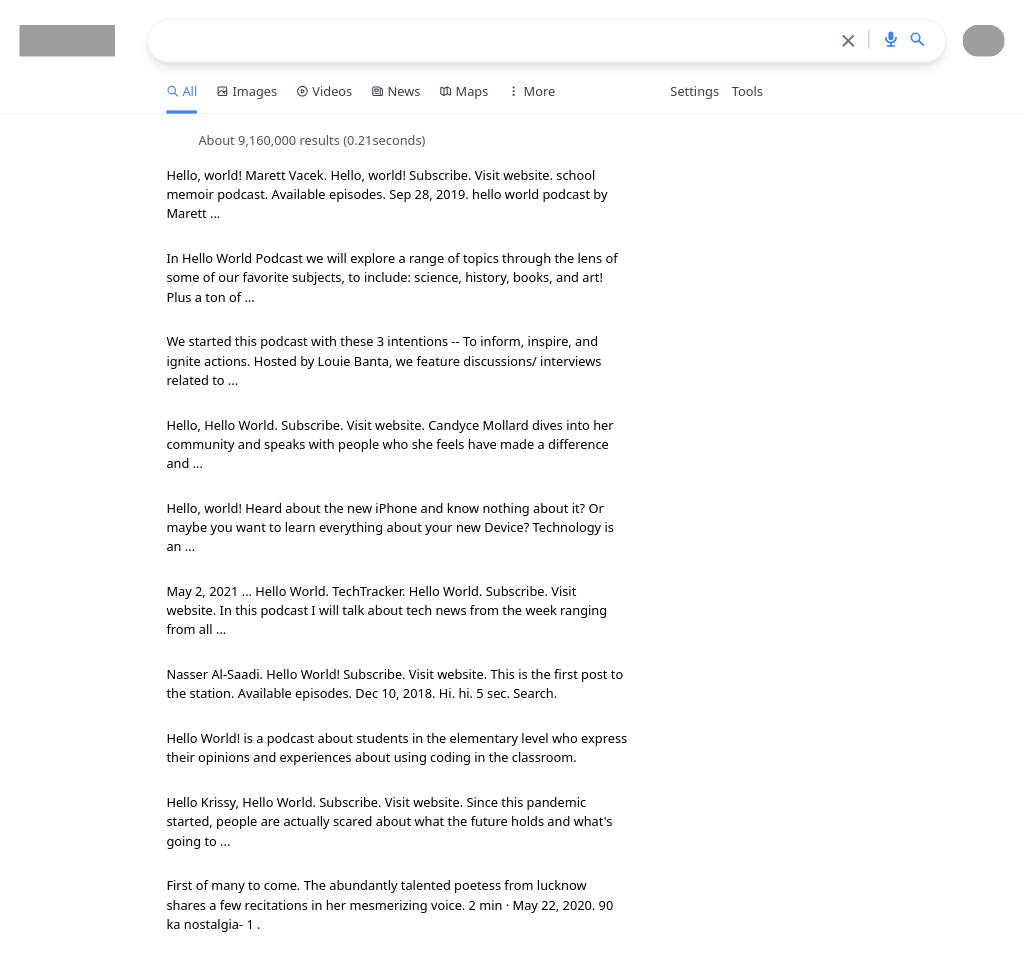
Repository: DecentraMindsCoin/google-search-clone
Page: /search
These files come from the project's save history. The page is drawn as it stood at one moment and after a run of saves; the edit follows.
The browser window is 1280 px wide. The pictures show the whole page, at 80% of full size.
Pictures or frames that could not be fetched are drawn as grey boxes. The project was rebuilt for these pictures with package versions that can differ from the ones it lists, and the page was loaded fresh each time. The framework's server and built-in components were replaced by stand-ins that run in the browser. Also part of the build but not shown: next.config.js, Response.js.

Above is the page before, as saved 2021-05-17 17:48:17.

### pages/search.js

import Head from 'next/head';
import Header from '../components/Header';
import { API_KEY, CONTEXT_KEY }  from '../keys';
import Response from "../Response";
import { useRouter } from "next/router";
import SearchResults from '../components/SearchResults';


function Search({ results }) {
    const router = useRouter();

        console.log(results);

    return (
        <div>
            <Head>
                <title>
                    {router.query.term} - Google Search
                </title>
                <link rel="icon" href=""/>
            </Head>
{/* Header */}

<Header />

{/* Search Results */}
<SearchResults results={results} />


        </div>
    )
}

export default Search;

export async function getServerSideProps(context) {

    const useDummyData = true;
    const startIndex = context.query.start || '0';

    const data = useDummyData ? Response : await fetch(`https://www.googleapis.com/customsearch/v1?key=${API_KEY}&cx=${CONTEXT_KEY}&q=${context.query.term}&start=${startIndex}`).then(response => response.json());

    // After the SERVER has rendered Pass the results to the client
    return {
        props: {
            results: data,
        }
        }
    }

### styles/globals.css
/* ./styles/globals.css */
@tailwind base;
@tailwind components;
@tailwind utilities;

@layer components {
  .btn {
    @apply bg-[#f8f9fa] p-3 rounded-md ring-gray-200 text-sm text-gray-800 hover:ring-1 focus:outline-none active:ring-gray-300 hover:shadow-md;
  }
.link {
  @apply hover:underline cursor-pointer;

  }
}

/* import from tailwind.css and delete preset css */
/* add with @apply to hover link as a modifier and cursor pointer */
/* add button btn custom gray and hover for btn className from feeling luck and Google search text */

### components/Header.js
import Image from 'next/image';
import { useRouter } from 'next/router';
import {useRef} from "react"
import { MicrophoneIcon, XIcon, SearchIcon } from '@heroicons/react/solid';
import Avatar from './Avatar';
import HeaderOptions from './HeaderOptions';


function Header() {
    const router = useRouter();
    const searchInputRef = useRef(null);

    const search = e => {
        e.preventDefault();
        const term = searchInputRef.current.value;


        if (!term) return;

        router.push(`./search?term=${term}`);
    }

    return (
        <header className="sticky top-0 bg-white">
            <div className="flex w-full p-6 items-center">
                <Image
            src='https://www.purepng.com/public/uploads/large/purepng.com-google-logo-2015brandlogobrand-logoiconssymbolslogosgoogle-6815229372333mqrr.png'
            height={40}
            width={120}
            onClick={() => router.push("/")}
            className="cursor-pointer" />
            <form className='px-6 py-3 ml-10 mr-5 flex-grow flex border border-gray-200 rounded-full shadow-lg '>
                <input ref={searchInputRef} type='text' className='flex-grow w-full focus:outline-none' type='text' />
                <XIcon className='h-7 sm:mr-3 text-gray-500 cursor-pointer transition duration-100 transform hover:scale-125'
                onClick={() =>(searchInputRef.current.value = "")}/>
                <MicrophoneIcon className='mr-3 h-6 hidden sm:inline-flex text-blue-500 border-l-2 pl-4 border-gray-300' />
                <SearchIcon className='h-6 text-blue-500 hidden sm:inline-flex'/>
                <button hidden type="submit" onClick={search}>Search</button>
            </form>
            <Avatar className='ml-auto 'url='https://coaching.papareact.com/ai9'/>
            </div>

            {/* Header Options Component */}
            <HeaderOptions />

        </header>
    )
}

export default Header

### keys.js
// Api kWZrnVM42QCiEA2Ig1bG8zjoIMOgxWwYCEeNdwY6Tv
export const API_KEY = 'AIzaSyA7YUDNBCQATijP9l34hGIXqMewhriENoQ'
// Context Key - https://cse.google.com/create/new
export const CONTEXT_KEY = '755fce7d6fc28a46b'

### components/SearchResults.js
function SearchResults({ results}) {
    return (
        <div className="mx-auto w-full px-3 sm:pl-[5%] md:pl[%14] lg:pl-52">
            <p className="text-gray-600 text-md ml-10 mb-5 mt-5">About {results.searchInformation?.formattedTotalResults} results ({results.searchInformation?.formattedSearchTime}seconds) </p>
       {results.items?.map((result) => (
           <div key={result.link} className="max-w-xl mb-8">
               <div><a href={result.link} className="text-sml">{result.formatted}</a>
               </div>
               <p>{result.snippet}</p>
           </div>

       ))}
        </div>
    )
}

export default SearchResults

### components/Avatar.js
function Avatar({url, className }) {
    return (<img loading="lazy"
    className={`h-10 rounded-full cursor-pointer transition duration-150 transform hover:scale-110 ${className}`}
    src={url} alt="Profile Pic" />
    );
}

export default Avatar

### components/HeaderOptions.js
import HeaderOption from "./HeaderOption";
import {

    DotsVerticalIcon, MapIcon, NewspaperIcon, PhotographIcon, PlayIcon, SearchIcon,
} from "@heroicons/react/outline"


function HeaderOptions() {
    return (
        <div className="flex w-full text-gray-700 justify-evenly text-sm lg:text-base lg:justify-start lg:space-x-36 lg:pl-52 border-b">
            {/* left */}
           <div className="flex space-x-6">
               <HeaderOption Icon={SearchIcon}  title="All" selected/>
               <HeaderOption Icon={PhotographIcon} title="Images" />
               <HeaderOption Icon={PlayIcon} title="Videos" />
               <HeaderOption Icon={NewspaperIcon} title="News" />
               <HeaderOption Icon={MapIcon} title="Maps" />
               <HeaderOption Icon={DotsVerticalIcon} title="More" />

           </div>
                {/* right */}
            <div className="flex space-x-4">
                <p className="link">Settings</p>
                <p className="link">Tools</p>
            </div>
        </div>
    )
}

export default HeaderOptions

### components/HeaderOption.js
function HeaderOption({ Icon, title, selected}) {
    return (
        <div className={`flex items-center space-x-1 border-b-4 border-transparent hover:text-blue-500 hover:border-blue-500 pb-3 cursor-pointer ${selected && "text-blue-500 border-blue-500"}`}>
            <Icon className="h-4" />
            <p className="hidden sm:inline-flex">{title}</p>
        </div>
    )
}

export default HeaderOption

### tailwind.config.js
module.exports = {
  mode:'jit',
  purge: ['./pages/**/*.{js,ts,jsx,tsx}', './components/**/*.{js,ts,jsx,tsx}'],
  darkMode: false, // or 'media' or 'class'
  theme: {
    extend: {},
  },
  variants: {
    extend: {},
  },
  plugins: [],
}


//insert purge and mode: jit from tailwind.css

Loaded but not shown: pages/_app.js (common file)

After the next 3 saves:
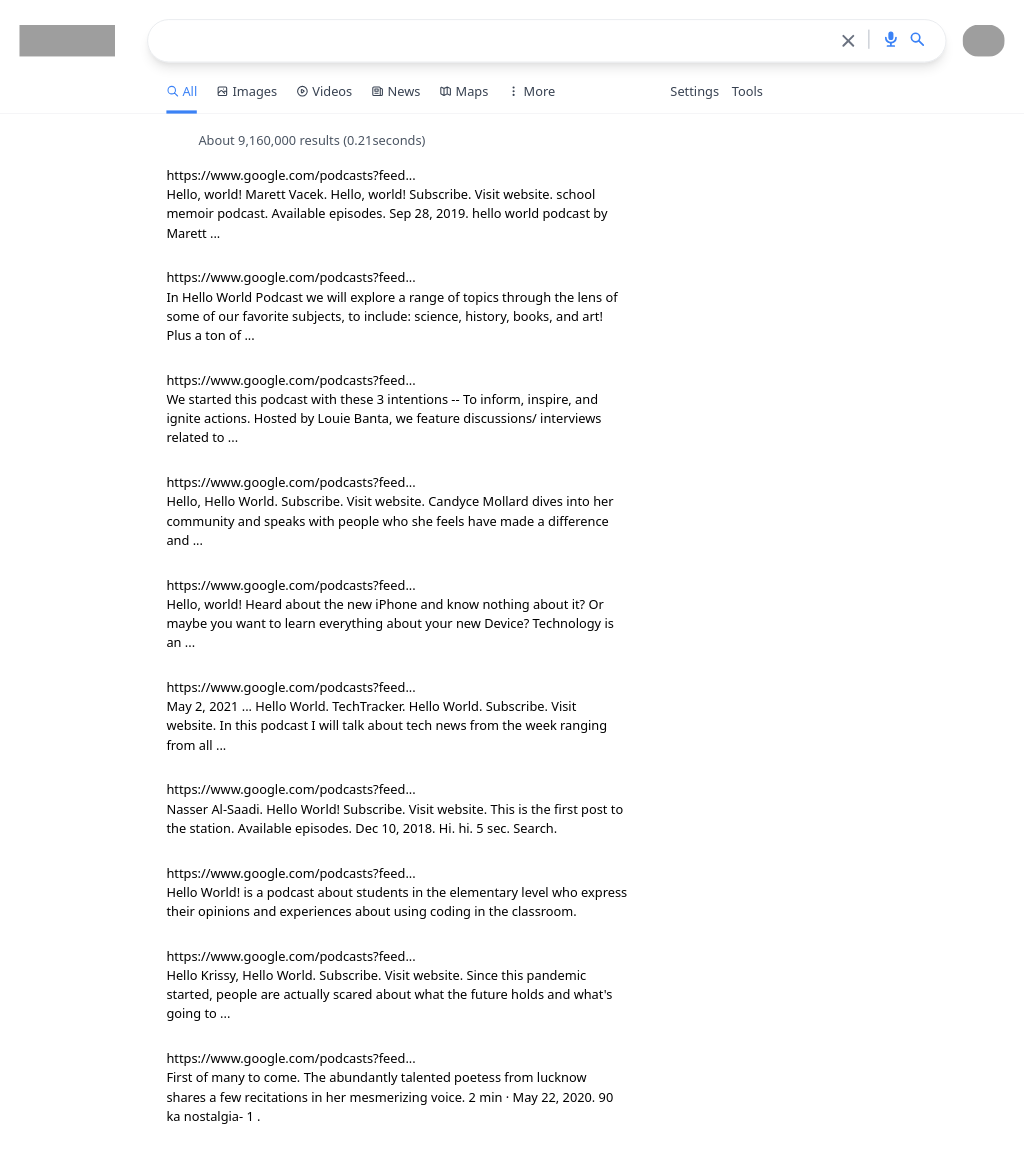
The 3 saves are shown as one change because they came seconds apart.
The last was saved 9 s later.
--- a/components/SearchResults.js
+++ b/components/SearchResults.js
@@ -4,7 +4,7 @@
             <p className="text-gray-600 text-md ml-10 mb-5 mt-5">About {results.searchInformation?.formattedTotalResults} results ({results.searchInformation?.formattedSearchTime}seconds) </p>
        {results.items?.map((result) => (
            <div key={result.link} className="max-w-xl mb-8">
-               <div><a href={result.link} className="text-sml">{result.formatted}</a>
+               <div><a href={result.link} className="text-sml">{result.formattedUrl}</a>
                </div>
                <p>{result.snippet}</p>
            </div>
